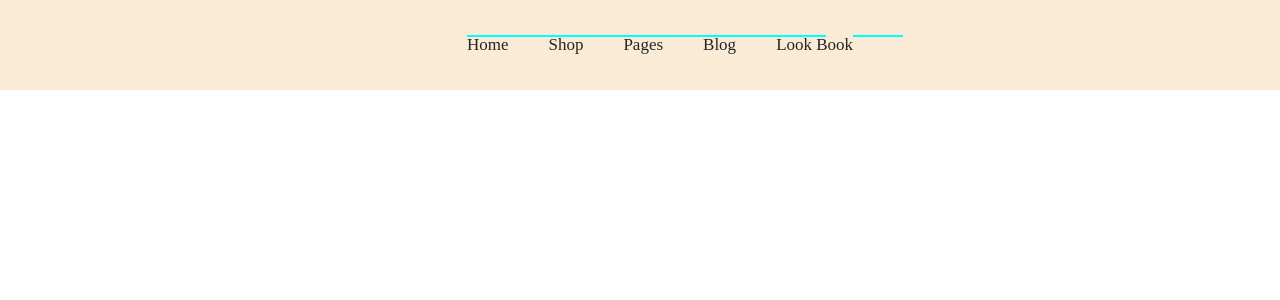
Repository: MorgunovaAlexandra/beauti
Page: index.html
An editor plug-in stored every save of this project. The page is shown before and after a run of saves, followed by the edit.
The browser window is 1280 px wide. The pictures show the whole page.

Above is the page before, as saved 2022-08-24 12:15:08.

### index.html
<!DOCTYPE html>
<html lang="en">
<head>
    <meta charset="UTF-8">
    <meta http-equiv="X-UA-Compatible" content="IE=edge">
    <meta name="viewport" content="width=device-width, initial-scale=1.0">
    <link rel="stylesheet" href="./style.css">
    <title>Document</title>
</head>
<body>
    <div class="wrapper">
        <header class="header">
            <div class="header-container _container">
            <nav class="dws-menu">
                <ul class="menu-list">
                    <li><a href="#"><i class="fa fa-"></i>Home</a></li>
                    <li><a href="#"><i class="fa fa-"></i>Shop</a></li>
                    <li><a href="#"><i class="fa fa-"></i>Pages</a></li>
                    <li><a href="#"><i class="fa fa-"></i>Blog</a></li>
                    <li><a href="#"><i class="fa fa-"></i>Look Book</a></li>
                </ul>

            </nav>
            </div>
        </header>
    </div>
</body>
</html>

### style.css
* {
	margin: 0;
	padding: 0;
	border: 0;
	box-sizing: border-box;
}
:before,:after{
	padding: 0;
	margin: 0;
	border: 0;
	box-sizing: border-box;
}
html,body{
	height: 100%;
    font-family: 'SofiaProRegular';
	font-size: 18px;
	font-weight: 400;
}

.wrapper{
	width: 100%;
	overflow: hidden;

}
._container{
	max-width: 1170px;
	margin: 0px auto;
	padding: 0px 10px;
}
._container{
	max-width: 1170px;
	margin: 0px auto;
	padding: 0px 10px;
}
/*--------------------------*/
.header {
	font-family: 'TTCommons-Medium';
	position: absolute;/*---------изменено-----------------*/
	width: 100%;
	top: 0;
	left: 0;
	z-index: 50;
	font-size: 17px;
    height: 90px;
    background-color: antiquewhite;

}
.menu-list{
    display: flex;
    justify-content: center;
    align-items: center;
    height: 90px;

}
.menu-list li ::after{
   content: "";
   position: absolute;
   height: 2px;
   width: 50px;
   background-color: aqua;

}
@keyframes slidein {
    from {
      margin-left: 100%;
      width: 300%;
    }

    to {
      margin-left: 0%;
      width: 100%;
    }
}
a{

    text-decoration: none;
    color:rgb(37, 37, 37);
    margin-left: 40px;
}
li{
    list-style: none;
    position: relative;
}

After the next 5 saves:
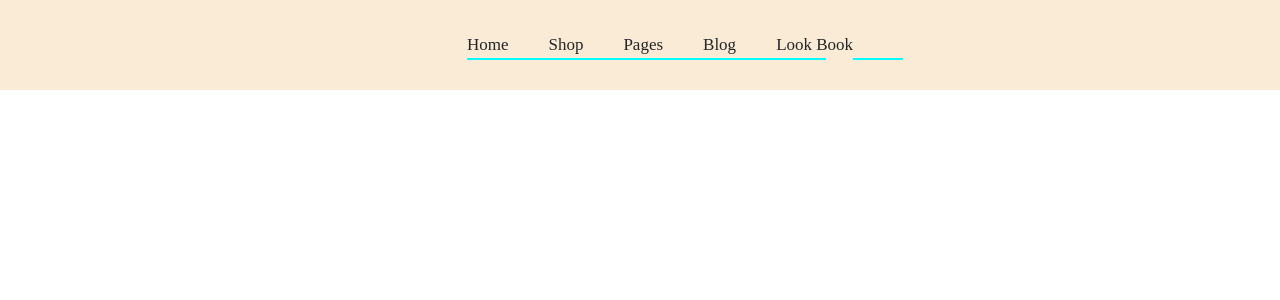
The 5 saves are shown as one change because they came seconds apart.
The last was saved 79 s later.
--- a/style.css
+++ b/style.css
@@ -58,6 +58,8 @@ html,body{
    height: 2px;
    width: 50px;
    background-color: aqua;
+   bottom:-5px;
+
 
 }
 @keyframes slidein {
